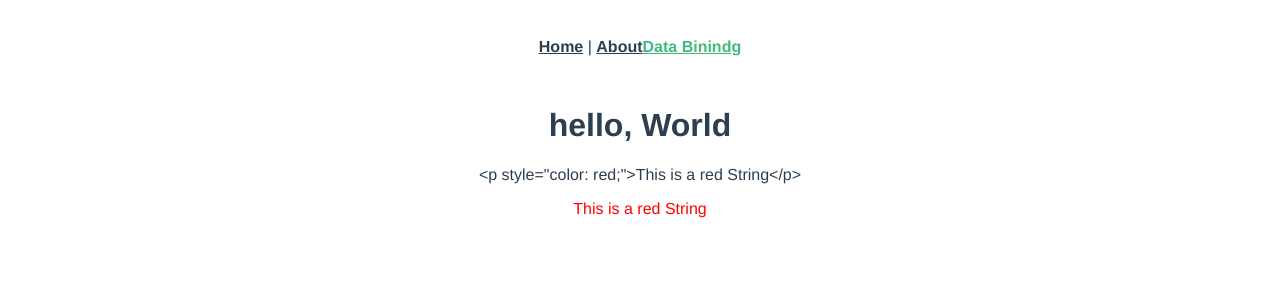
Repository: jang0ha/vue
Page: /databinding
An editor plug-in stored every save of this project. The page is shown before and after the next save, followed by the edit.
The browser window is 1280 px wide. The pictures show the whole page.
The project was rebuilt for these pictures with package versions that can differ from the ones it lists, and the page was loaded fresh each time. Also part of the build but not shown: vue.config.js, src/components/HelloWorld.vue, src/views/HomeView.vue, src/views/AboutView.vue.

Above is the page before, as saved 2022-04-06 12:07:04.

### src/App.vue
<template>
  <nav>
    <router-link to="/">Home</router-link> |
    <router-link to="/about">About</router-link>
    <router-link to="/databinding">Data Binindg</router-link>
  </nav>
  <router-view/>
</template>

<style>
#app {
  font-family: Avenir, Helvetica, Arial, sans-serif;
  -webkit-font-smoothing: antialiased;
  -moz-osx-font-smoothing: grayscale;
  text-align: center;
  color: #2c3e50;
}

nav {
  padding: 30px;
}

nav a {
  font-weight: bold;
  color: #2c3e50;
}

nav a.router-link-exact-active {
  color: #42b983;
}
</style>

### src/router/index.js
import { createRouter, createWebHistory } from 'vue-router'
import HomeView from '../views/HomeView.vue'
import AboutView from '../views/AboutView.vue'
import DataBinding from '../views/DataBinding.vue'

const routes = [
  {
    path: '/', //브라우저에서 접속하는 url 주소를 정의
    name: 'home',
    component: HomeView // 지정된path로 들어왔을 때 보여줄 vue 컴포넌트 , 앞으로 구현할 vue 파일을 연결하고, 해당파일을 실행
  },
  {
    path: '/about',
    name: 'about',
    // route level code-splitting  >> 라우트 레벨에서 코드를 분할하는 방법
    // this generates a separate chunk (about.[hash].js) for this route  >> 이 라우트에 대한 chunk파일이 분리되어 생성
    // which is lazy-loaded when the route is visited.  >> 이 라우트에 방문했을떄 지연로드 됩니다.
    // component: () => import(
      /* webpackChunkName: "about" */
    //   '../views/AboutView.vue'
    // )
    component: AboutView
  },
  {
    path: '/databinding',
    name: 'DataBinding',
    // route level code-splitting  >> 라우트 레벨에서 코드를 분할하는 방법
    // this generates a separate chunk (about.[hash].js) for this route  >> 이 라우트에 대한 chunk파일이 분리되어 생성
    // which is lazy-loaded when the route is visited.  >> 이 라우트에 방문했을떄 지연로드 됩니다.
    component:DataBinding
  }
]

const router = createRouter({
  history: createWebHistory(process.env.BASE_URL),
  routes
})

export default router

### src/views/DataBinding.vue
<template>
    <h1>hello, {{title}}</h1>

    <div>
        <div>{{htmlString}}</div>
        <div v-html="htmlString"></div>
    </div>
</template>
<script>
export default {
    data(){ //html과 자바스크립트 코드에서 사용할 데이터 변수 선언
        return {
            title : "World",
            htmlString:'<p style="color: red;">This is a red String</p>'
        };
    },

}
</script>

Loaded but not shown: public/index.html (common file); src/main.js (common file)

After the next save:
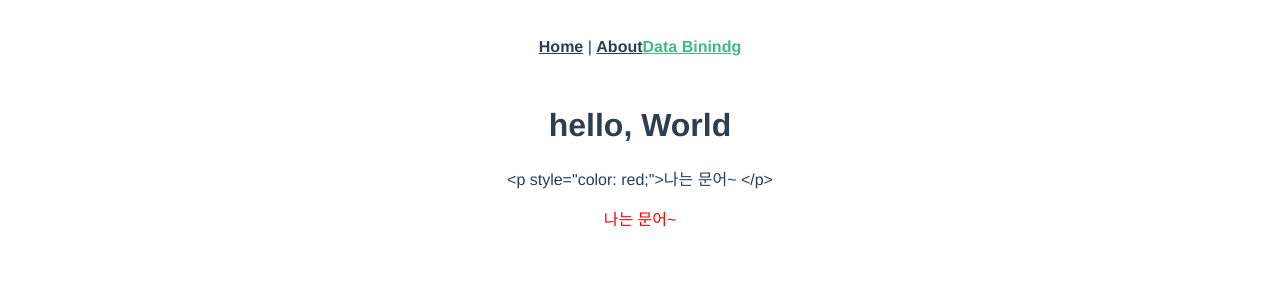
Saved 3 min 27 s later.
--- a/src/views/DataBinding.vue
+++ b/src/views/DataBinding.vue
@@ -11,7 +11,7 @@
     data(){ //html과 자바스크립트 코드에서 사용할 데이터 변수 선언
         return {
             title : "World",
-            htmlString:'<p style="color: red;">This is a red String</p>'
+            htmlString:'<p style="color: red;">나는 문어~ </p>'
         };
     },
 
